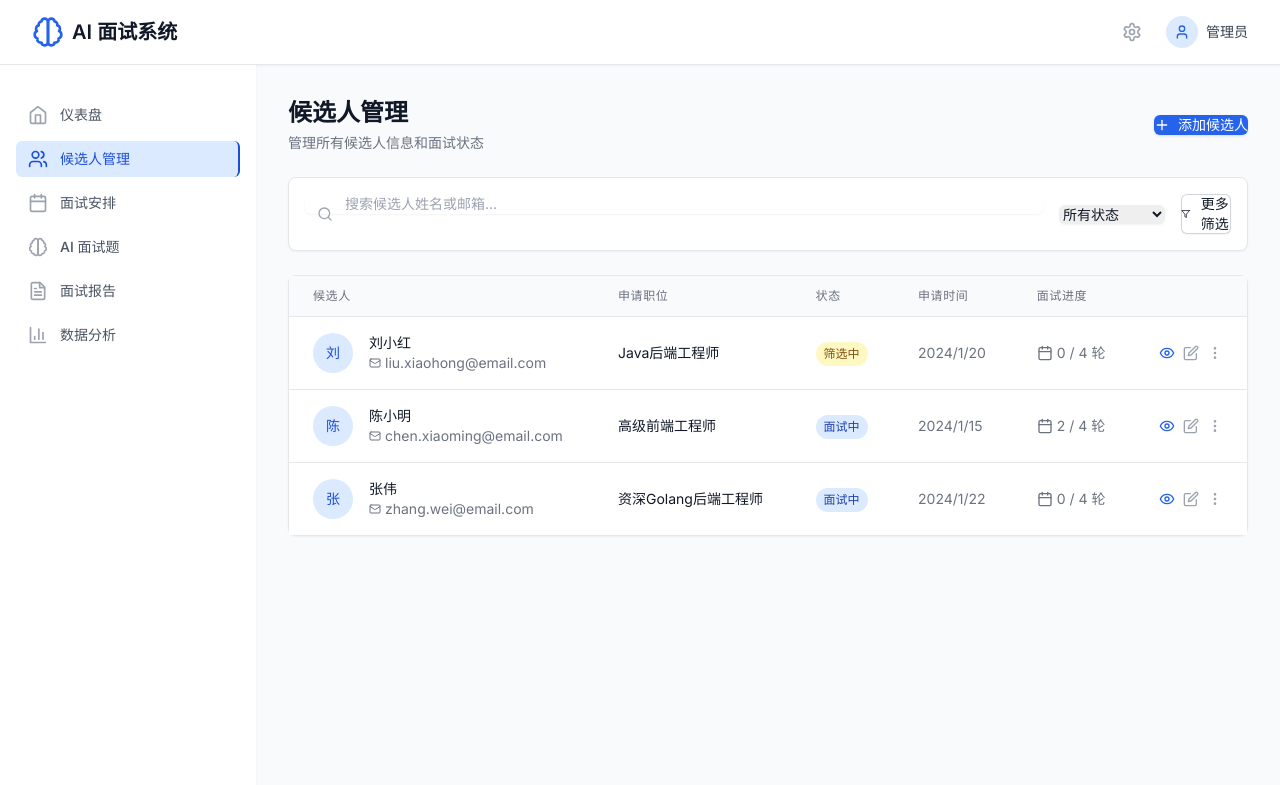
Repository: OisCircle/ai-day
Page: /candidates
An editor plug-in stored every save of this project. The page is shown before and after the next save, followed by the edit.
The browser window is 1280 px wide. The pictures show the whole page.
The project was rebuilt for these pictures with package versions that can differ from the ones it lists, and the page was loaded fresh each time. Also part of the build but not shown: vite.config.ts, src/pages/AIInterviewQuestions.tsx, src/components/AIAssistant.tsx, src/components/DataVisualization.tsx, src/pages/Dashboard.tsx, src/pages/InterviewAnalysis.tsx, src/pages/InterviewConducting.tsx, src/pages/InterviewReports.tsx and 1 more.

Above is the page before, as saved 2025-08-20 15:30:38.

After the next save:
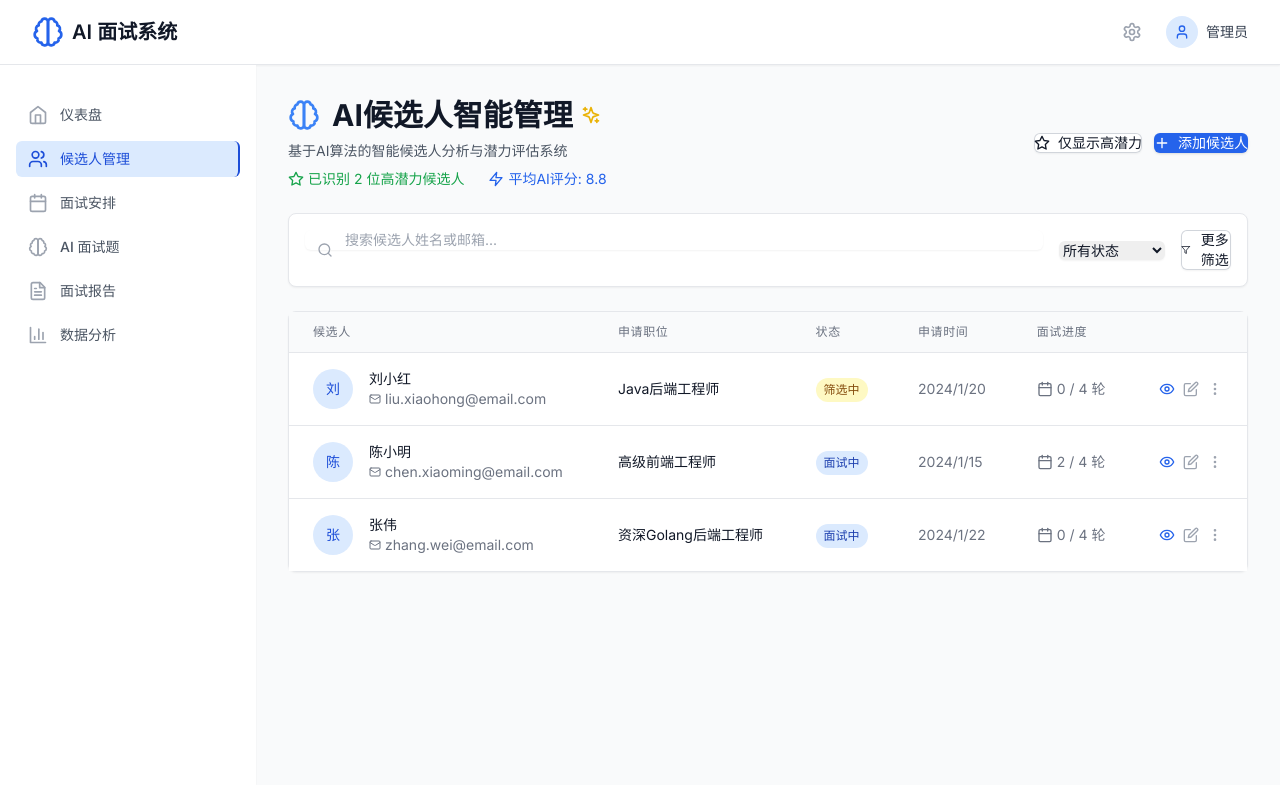
Saved 15 s later.
--- a/src/pages/CandidateManagement.tsx
+++ b/src/pages/CandidateManagement.tsx
@@ -283,15 +283,38 @@ const CandidateManagement = () => {
       {/* 页面标题和操作 */}
       <div className="flex items-center justify-between">
         <div>
-          <h1 className="text-2xl font-bold text-gray-900">候选人管理</h1>
-          <p className="mt-1 text-sm text-gray-500">
-            管理所有候选人信息和面试状态
+          <h1 className="text-3xl font-bold text-gray-900 flex items-center">
+            <Brain className="h-8 w-8 text-primary-500 mr-3" />
+            AI候选人智能管理
+            <Sparkles className="h-5 w-5 text-yellow-500 ml-2" />
+          </h1>
+          <p className="mt-2 text-sm text-gray-600">
+            基于AI算法的智能候选人分析与潜力评估系统
           </p>
+          <div className="flex items-center mt-2 space-x-6">
+            <div className="flex items-center text-sm text-green-600">
+              <Star className="h-4 w-4 mr-1" />
+              <span>已识别 {candidates.filter(c => c.aiAnalysis?.potentialRank === "high").length} 位高潜力候选人</span>
+            </div>
+            <div className="flex items-center text-sm text-blue-600">
+              <Zap className="h-4 w-4 mr-1" />
+              <span>平均AI评分: {candidates.length > 0 ? (candidates.reduce((sum, c) => sum + c.aiAnalysis?.overallScore || 0, 0) / candidates.length).toFixed(1) : '0'}</span>
+            </div>
+          </div>
         </div>
-        <button className="btn btn-primary">
-          <Plus className="h-4 w-4 mr-2" />
-          添加候选人
-        </button>
+        <div className="flex items-center space-x-3">
+          <button
+            onClick={() => setShowOnlyHighPotential(!showOnlyHighPotential)}
+            className={`btn ${showOnlyHighPotential ? 'btn-success' : 'btn-secondary'}`}
+          >
+            <Star className="h-4 w-4 mr-2" />
+            {showOnlyHighPotential ? '显示所有' : '仅显示高潜力'}
+          </button>
+          <button className="btn btn-primary">
+            <Plus className="h-4 w-4 mr-2" />
+            添加候选人
+          </button>
+        </div>
       </div>
 
       {/* 搜索和筛选 */}
